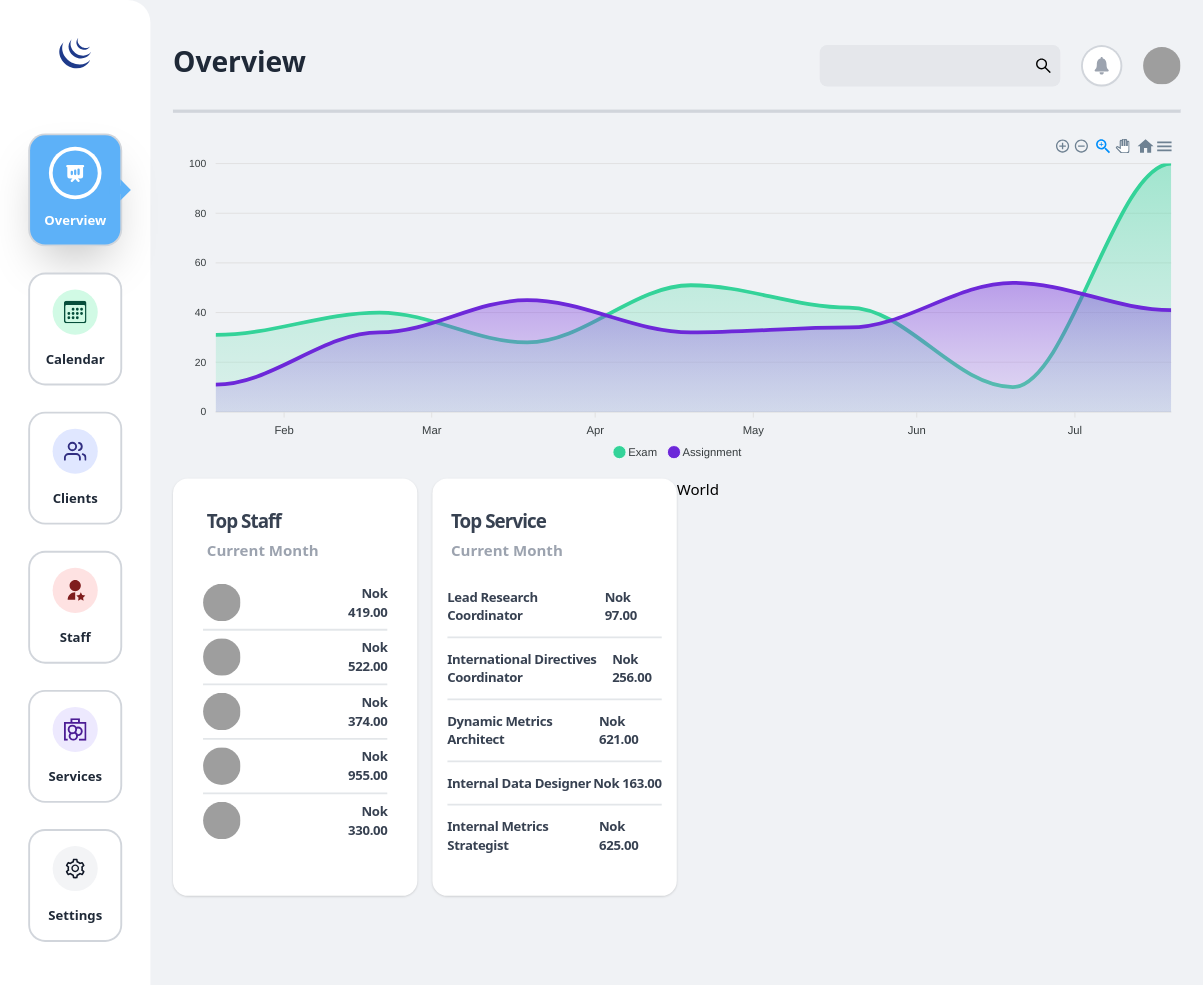
Repository: coolronts/dashboard
Page: /
The author's editor kept a copy of each file at every save. The page is drawn from the files as they stood at one save, then again after a run of saves.
The browser window is 1280 px wide. The pictures show the whole page, at 94% of full size.
Pictures or frames that could not be fetched are drawn as grey boxes. The project was rebuilt for these pictures with package versions that can differ from the ones it lists, and the page was loaded fresh each time. Also part of the build but not shown: craco.config.js.

Above is the page before, as saved 2021-11-28 03:18:24.

After the next 2 saves:
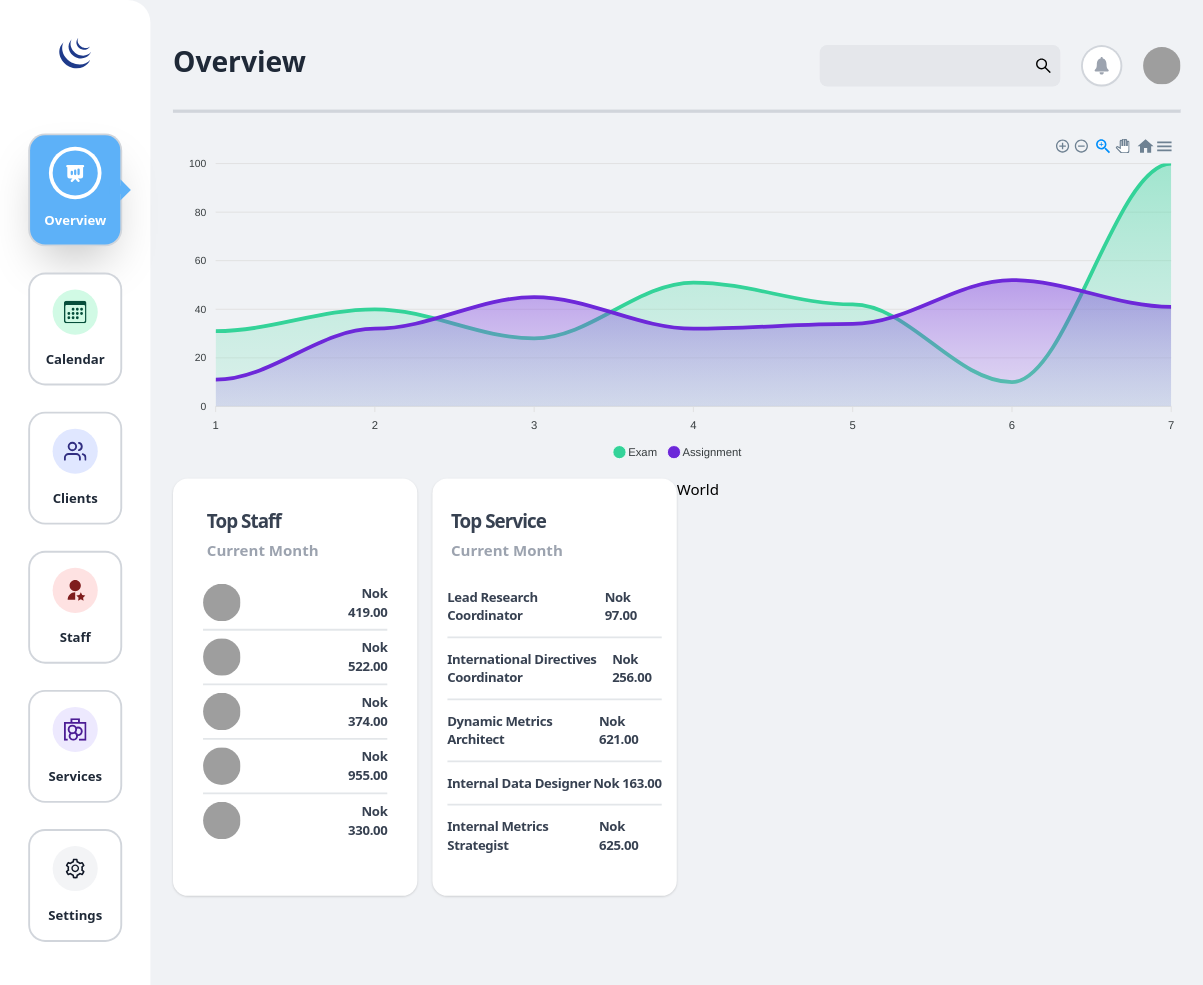
The 2 saves are shown as one change because 1 did not build or start.
The last was saved 18 s later.
--- a/src/Components/Charts/MultiLine/index.tsx
+++ b/src/Components/Charts/MultiLine/index.tsx
@@ -23,13 +23,7 @@ const options = {
     stroke: {
       curve: 'smooth'
     },
-    xaxis: {
-      type: 'datetime',
-      labels: {
-        format: 'MMM',
-      },
-      categories: ["2018-01-19T00:00:00.000Z", "2018-02-19T01:30:00.000Z", "2018-03-19T02:30:00.000Z", "2018-04-19T03:30:00.000Z", "2018-05-19T04:30:00.000Z", "2018-06-19T05:30:00.000Z", "2018-07-19T06:30:00.000Z"]
-    },
+
     tooltip: {
       x: {
         format: 'MMM'
